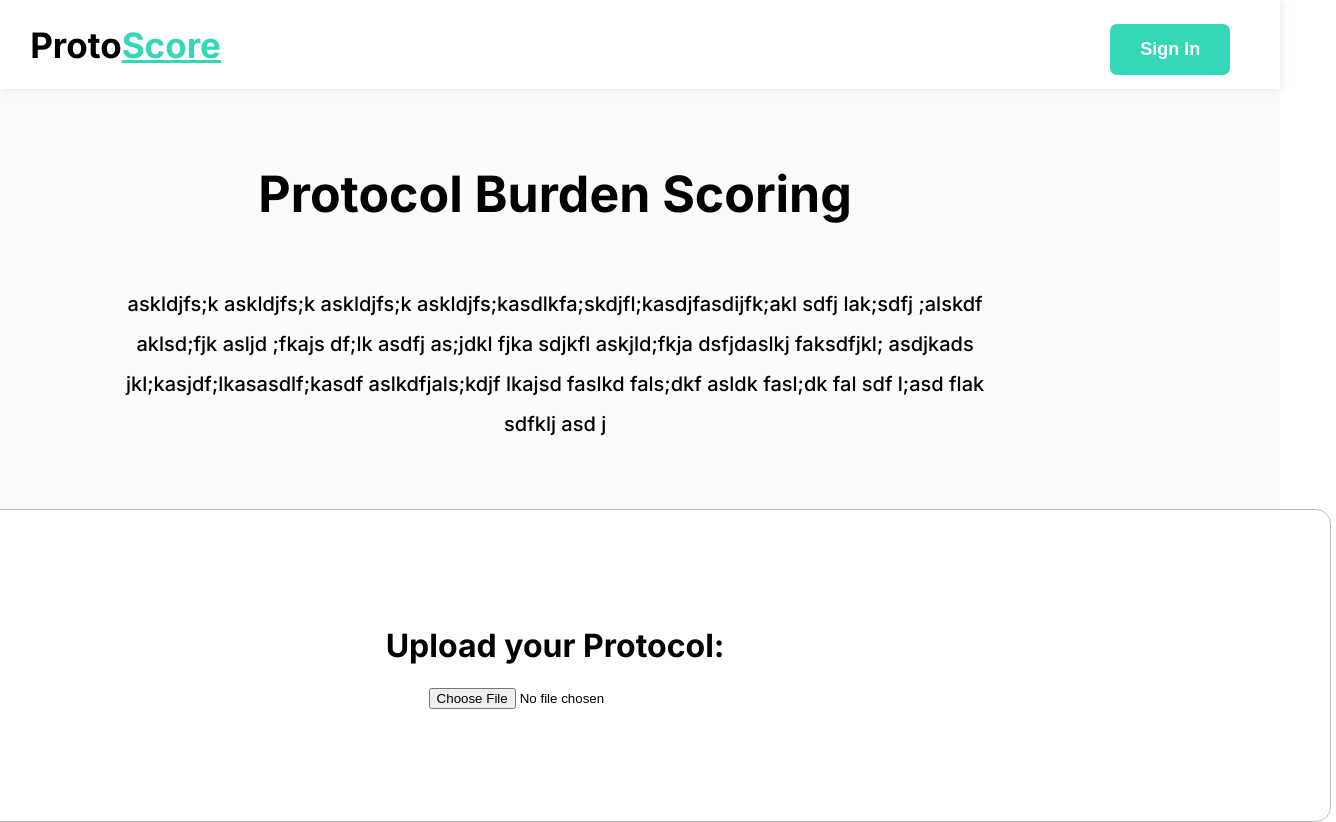
Repository: evanc108/Regeneron2024
Page: / (app in regeneron/)
An editor plug-in stored every save of this project. The page is shown before and after the next save, followed by the edit.
The browser window is 1280 px wide. The page is 1331 px wide, then 1336 px, so the pictures cover 1336 px, including what lies to the right of the window. The pictures show the whole page.
The project was rebuilt for these pictures with package versions that can differ from the ones it lists, and the page was loaded fresh each time.

Above is the page before, as saved 2024-05-14 02:38:05.

After the next save:
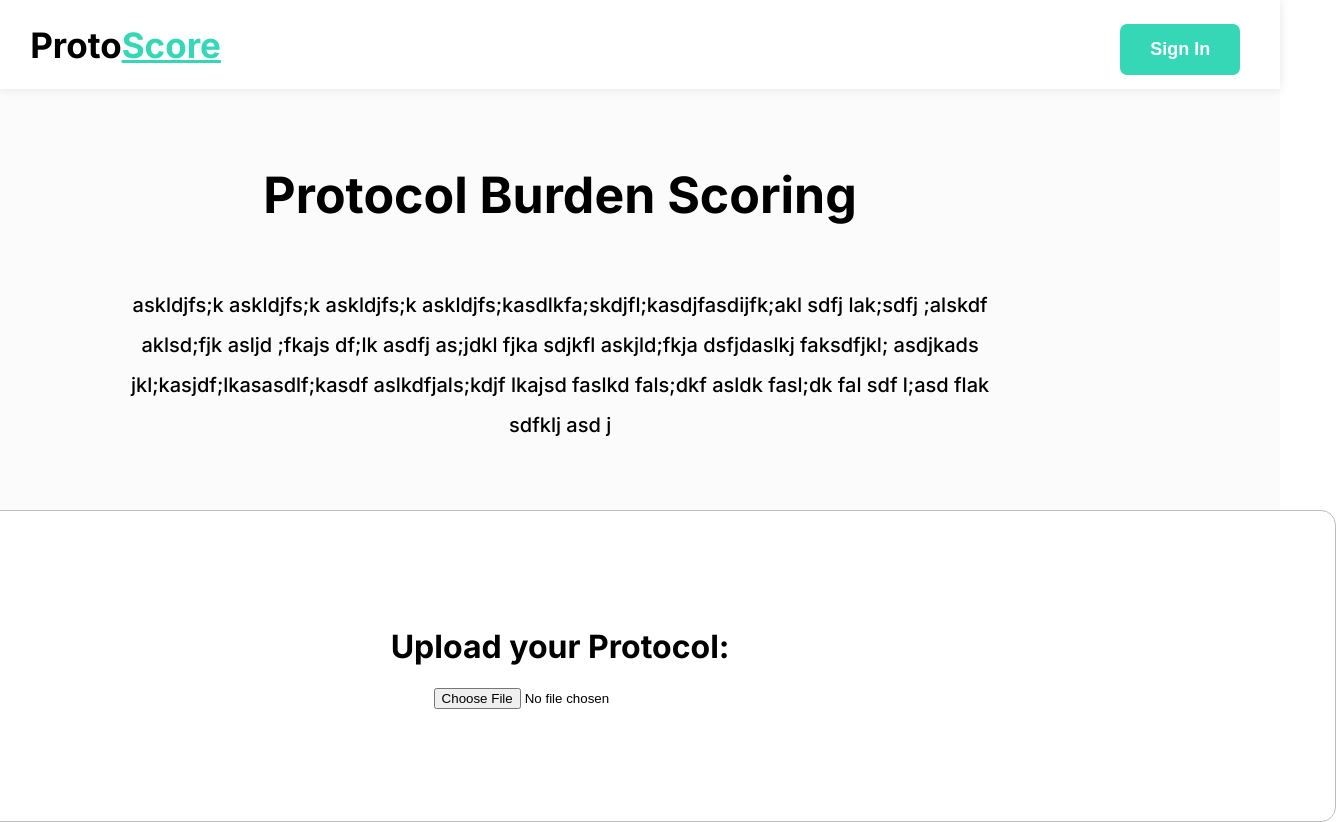
Saved 10 s later.
--- a/regeneron/src/App.js
+++ b/regeneron/src/App.js
@@ -11,7 +11,7 @@ function App() {
           <span style={{color: "black"}}>Proto</span>
           <span style={{color: "#36d7b7", textDecoration: "underline"}}>Score</span>
         </h1>
-        <button style={{float: "right", marginRight: "50px", marginTop: "-65px", backgroundColor:"#36d7b7", border:"none", color:"white", padding:"15px 30px 15px 30px", borderRadius:"7px", fontSize:"18px", fontWeight:"bold"}}>Sign In</button>
+        <button style={{float: "right", marginRight: "40px", marginTop: "-65px", backgroundColor:"#36d7b7", border:"none", color:"white", padding:"15px 30px 15px 30px", borderRadius:"7px", fontSize:"18px", fontWeight:"bold"}}>Sign In</button>
       </div>
 
 
